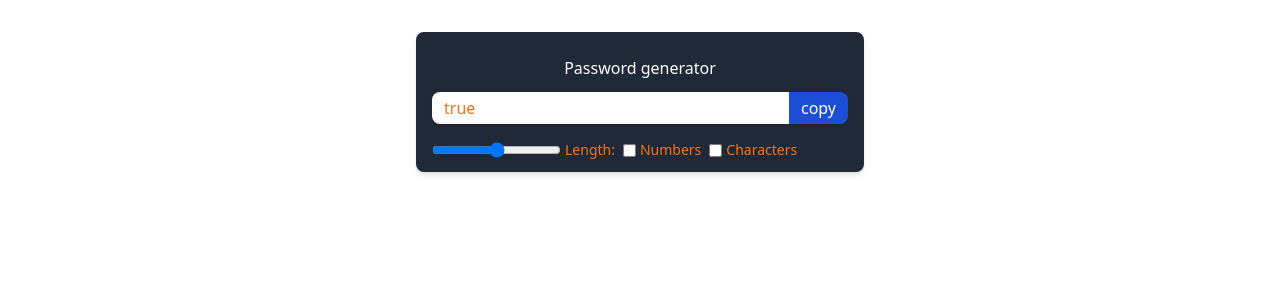
Repository: Adarshjeet0/ReactJs
Page: / (app in 05passwordGenerator/)
These files come from the project's save history. The page is drawn as it stood at one moment and after the next save; the edit follows.
The browser window is 1280 px wide. The pictures show the whole page.
The project was rebuilt for these pictures with package versions that can differ from the ones it lists, and the page was loaded fresh each time. Also part of the build but not shown: 05passwordGenerator/vite.config.js.

Above is the page before, as saved 2024-12-01 11:23:24.

### 05passwordGenerator/src/App.jsx
import { useState, useCallback, useEffect, useRef } from 'react'



function App() {
  const [length, setLength] = useState(8);
  const [numberAllowed, setNumberAllowed] = useState(false);
  const [charAllowed, setCharAllowed] = useState(false);
  const [password, setPassword] = useState("");

  const passwordGenerator = useCallback(
    () => {
      let pass = '';
      let str = 'ABCDEFGHIJKLMNOPQRSTUVWXYZasdfghjklzxcvbnmqwertyuiop';
      if(numberAllowed) str+='1234567890';
      if(charAllowed) str+='~!@#$%^&*()_+{}[]';

      for(let i = 1;i<=length;i++){
        let char = Math.floor((Math.random() * str.length) + 1 );
        pass += str.charAt(char);
      }
      console.log(pass);
      setPassword(pass);
    },
    [length, numberAllowed, charAllowed, setPassword],
  )

  useEffect(()=>{
    passwordGenerator();
  },
  [setLength, numberAllowed, charAllowed, passwordGenerator])



  return (

    <div className="w-full max-w-md mx-auto shadow-md rounded-lg px-4 py-3 my-8 bg-gray-800 text-orange-500">
       <h1 className='text-white text-center my-3'>Password generator</h1>
     <div className="flex shadow rounded-lg overflow-hidden mb-4">
         <input
            type="text"
            value
            className="outline-none w-full py-1 px-3"
            placeholder="Password"
            readOnly
        />
        <button
        className='outline-none bg-blue-700 text-white px-3 py-0.5 shrink-0'
        >copy</button>

    </div>
    <div className='flex text-sm gap-x-2'>
      <div className='flex items-center gap-x-1'>
        <input
          type="range"
          className='cursor-pointer'
        />
        <label>Length:</label>
      </div>
      <div className="flex items-center gap-x-1">
      <input
          type="checkbox"

          id="numberInput"
      />
      <label htmlFor="numberInput">Numbers</label>
      </div>
      <div className="flex items-center gap-x-1">
          <input
              type="checkbox"
              id="characterInput"
          />
          <label htmlFor="characterInput">Characters</label>
      </div>
    </div>
</div>

  )
}

export default App
// import { useState, useCallback, useEffect, useRef } from 'react'



// function App() {
//   const [length, setLength] = useState(8)
//   const [numberAllowed, setNumberAllowed] = useState(false);
//   const [charAllowed, setCharAllowed] = useState(false)
//   const [password, setPassword] = useState("")

//   //useRef hook
//   const passwordRef = useRef(null)

//   const passwordGenerator = useCallback(() => {
//     let pass = ""
//     let str = "ABCDEFGHIJKLMNOPQRSTUVWXYZabcdefghijklmnopqrstuvwxyz"
//     if (numberAllowed) str += "0123456789"
//     if (charAllowed) str += "!@#$%^&*-_+=[]{}~`"

//     for (let i = 1; i <= length; i++) {
//       let char = Math.floor(Math.random() * str.length + 1)
//       pass += str.charAt(char)

//     }

//     setPassword(pass)


//   }, [length, numberAllowed, charAllowed, setPassword])

//   const copyPasswordToClipboard = useCallback(() => {
//     passwordRef.current?.select();
//     passwordRef.current?.setSelectionRange(0, 999);
//     window.navigator.clipboard.writeText(password)
//   }, [password])

//   useEffect(() => {
//     passwordGenerator()
//   }, [length, numberAllowed, charAllowed, passwordGenerator])
//   return (

//     <div className="w-full max-w-md mx-auto shadow-md rounded-lg px-4 py-3 my-8 bg-gray-800 text-orange-500">
//       <h1 className='text-white text-center my-3'>Password generator</h1>
//     <div className="flex shadow rounded-lg overflow-hidden mb-4">
//         <input
//             type="text"
//             value={password}
//             className="outline-none w-full py-1 px-3"
//             placeholder="Password"
//             readOnly
//             ref={passwordRef}
//         />
//         <button
//         onClick={copyPasswordToClipboard}
//         className='outline-none bg-blue-700 text-white px-3 py-0.5 shrink-0'
//         >copy</button>

//     </div>
//     <div className='flex text-sm gap-x-2'>
//       <div className='flex items-center gap-x-1'>
//         <input
//         type="range"
//         min={6}
//         max={100}
//         value={length}
//          className='cursor-pointer'
//          onChange={(e) => {setLength(e.target.value)}}
//           />
//           <label>Length: {length}</label>
//       </div>
//       <div className="flex items-center gap-x-1">
//       <input
//           type="checkbox"
//           defaultChecked={numberAllowed}
//           id="numberInput"
//           onChange={() => {
//               setNumberAllowed((prev) => !prev);
//           }}
//       />
//       <label htmlFor="numberInput">Numbers</label>
//       </div>
//       <div className="flex items-center gap-x-1">
//           <input
//               type="checkbox"
//               defaultChecked={charAllowed}
//               id="characterInput"
//               onChange={() => {
//                   setCharAllowed((prev) => !prev )
//               }}
//           />
//           <label htmlFor="characterInput">Characters</label>
//       </div>
//     </div>
// </div>

//   )
// }

// export default App

Loaded but not shown: 05passwordGenerator/index.html (common file); 05passwordGenerator/src/main.jsx (common file); 05passwordGenerator/src/index.css (common file); 05passwordGenerator/tailwind.config.js (common file)

After the next save:
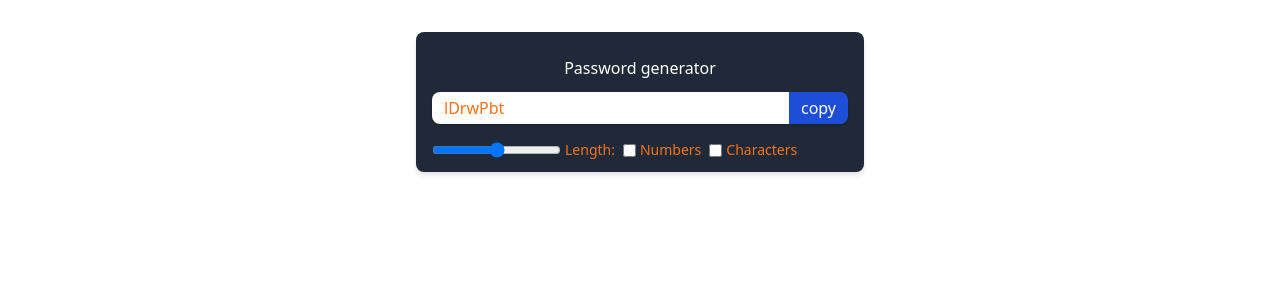
Saved 5 s later.
--- a/05passwordGenerator/src/App.jsx
+++ b/05passwordGenerator/src/App.jsx
@@ -39,7 +39,7 @@
      <div className="flex shadow rounded-lg overflow-hidden mb-4">
          <input
             type="text"
-            value
+            value= {password}
             className="outline-none w-full py-1 px-3"
             placeholder="Password"
             readOnly
